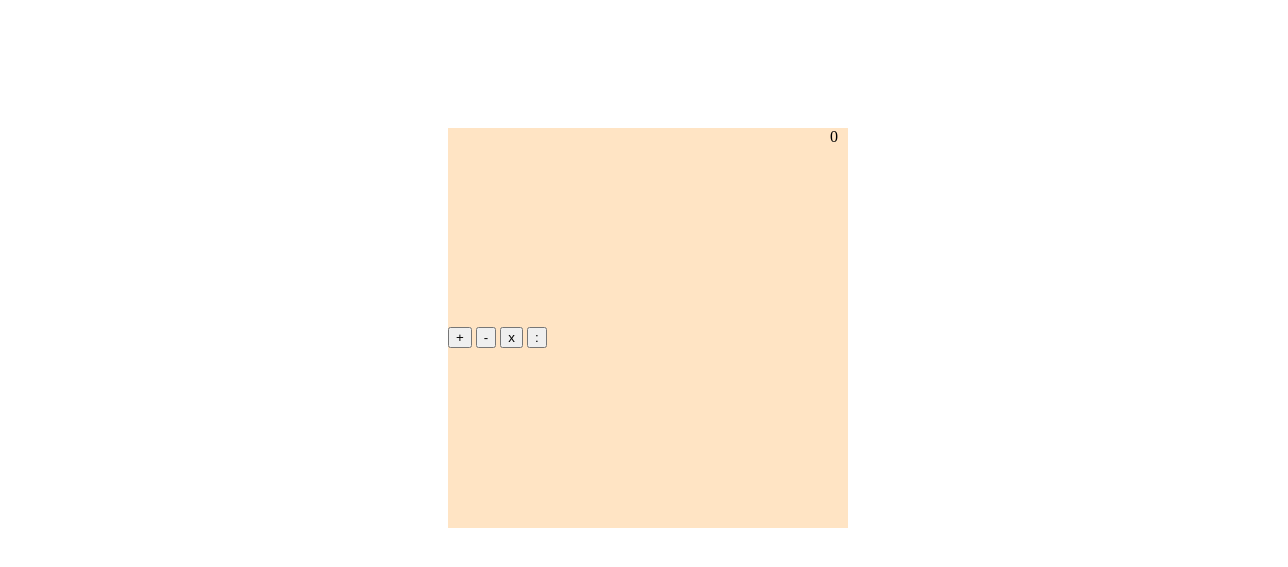
Repository: CryptoFamilyNFT/develhope
Page: css/Grid 2/calculator.html
The author's editor kept a copy of each file at every save. The page is drawn from the files as they stood at one save, then again after the next save.
The browser window is 1280 px wide. The page is 1288 px wide, so the pictures cover 1288 px, including what lies to the right of the window. The pictures show the whole page.

Above is the page before, as saved 2024-11-18 09:01:45.

### css/Grid 2/calculator.html
<!DOCTYPE html>
<html lang="en">
<head>
    <meta charset="UTF-8">
    <meta name="viewport" content="width=device-width, initial-scale=1.0">
    <title>Document</title>
    <link rel="stylesheet" href="calculator.css">
</head>
<body>
    <div class="container">
        <div class="result">
            0
        </div>
        <div class="operator">
            <button id="+">+</button>
            <button id="-">-</button>
            <button id="x">x</button>
            <button id=":">:</button>
        </div>
        <div class="numbers">

        </div>
        <div class="equal">

        </div>
    </div>
</body>
</html>

### css/Grid 2/calculator.css
body {
    width: 100%;
    height: 100%;
    margin-top: 10%;
    display: flex;
    justify-content: center;
    align-items: center;
}

.container {
    height: 400px;
    width: 400px;
    background-color: bisque;
    display: grid;
    grid-template-columns: repeat(4, 1fr);
}

.result {
    display: flex;
    grid-column: 1 / span 4;
    justify-content: flex-end;
    padding-right: 10px;
}

.container > button[id='+'] {
    width: 100%;
    grid-column: 1 / span 1;
    grid-row: 2;
}

.container > button[id='-'] {
    width: 100%;
    grid-column: 2 / span 1;
    grid-row: 2;
}

.container > button[id='x'] {
    width: 100%;
    grid-column: 3 / span 1;
    grid-row: 2;
}

.container > button[id=':'] {
    width: 100%;
    grid-column: 4 / span 1;
    grid-row: 2;
}

After the next save:
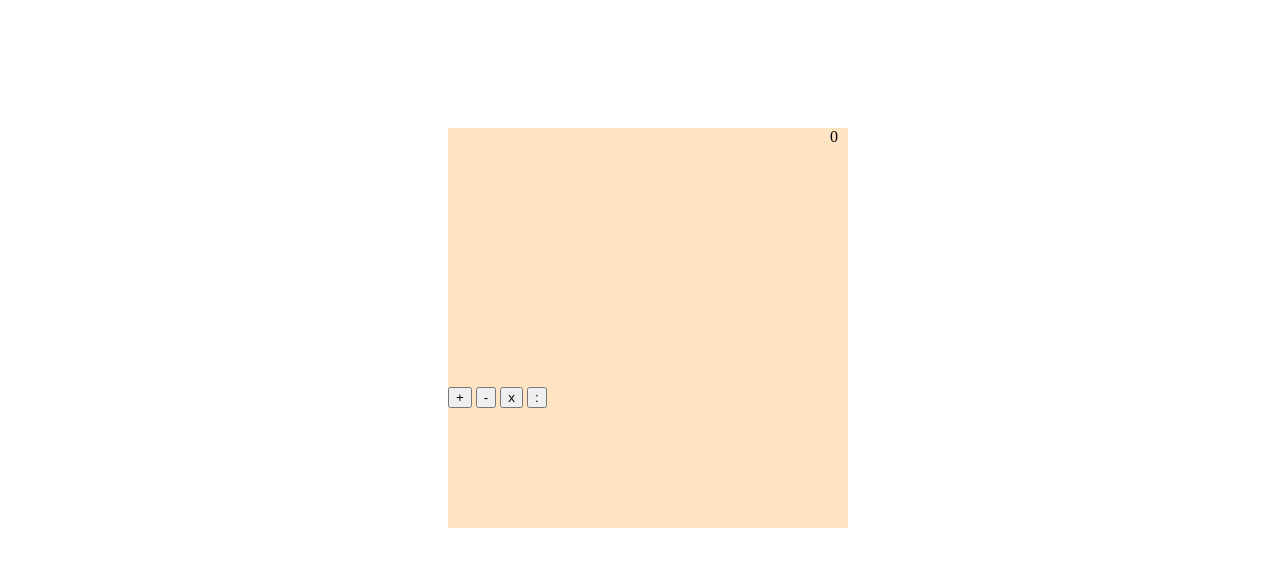
Saved 35 s later.
--- a/css/Grid 2/calculator.css
+++ b/css/Grid 2/calculator.css
@@ -28,6 +28,12 @@
     grid-row: 2;
 }
 
+.operator {
+    width: 100%;
+    grid-column: 1 / span 1;
+    grid-row: 3;
+}
+
 .container > button[id='-'] {
     width: 100%;
     grid-column: 2 / span 1;

After the save that followed:
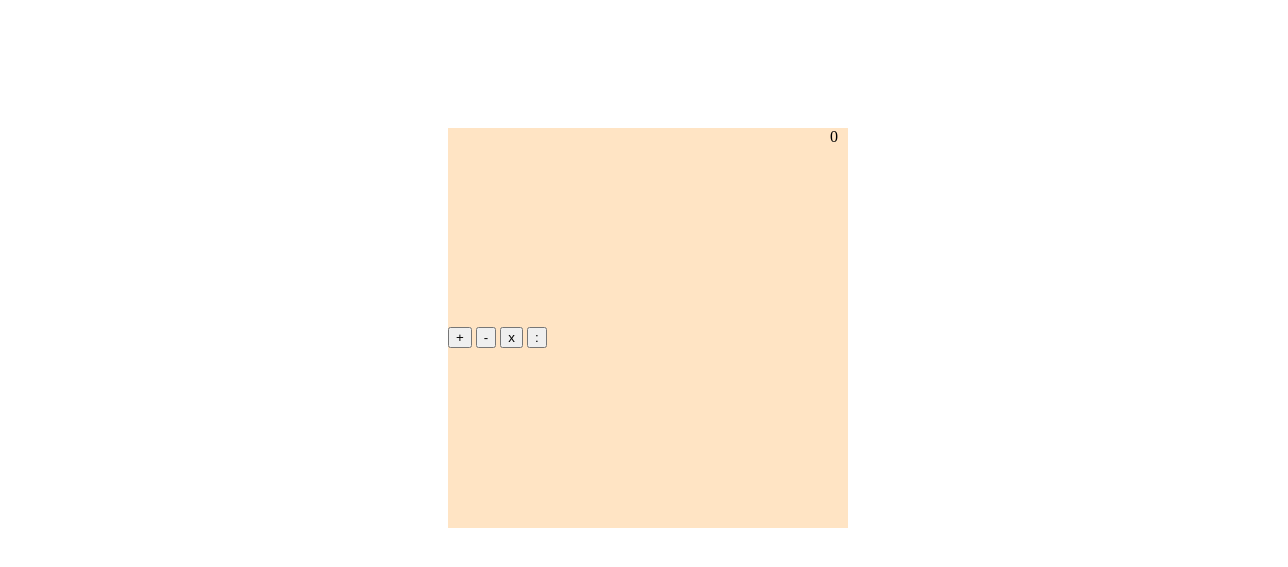
Saved 5 s later.
--- a/css/Grid 2/calculator.css
+++ b/css/Grid 2/calculator.css
@@ -30,8 +30,6 @@
 
 .operator {
     width: 100%;
-    grid-column: 1 / span 1;
-    grid-row: 3;
 }
 
 .container > button[id='-'] {
